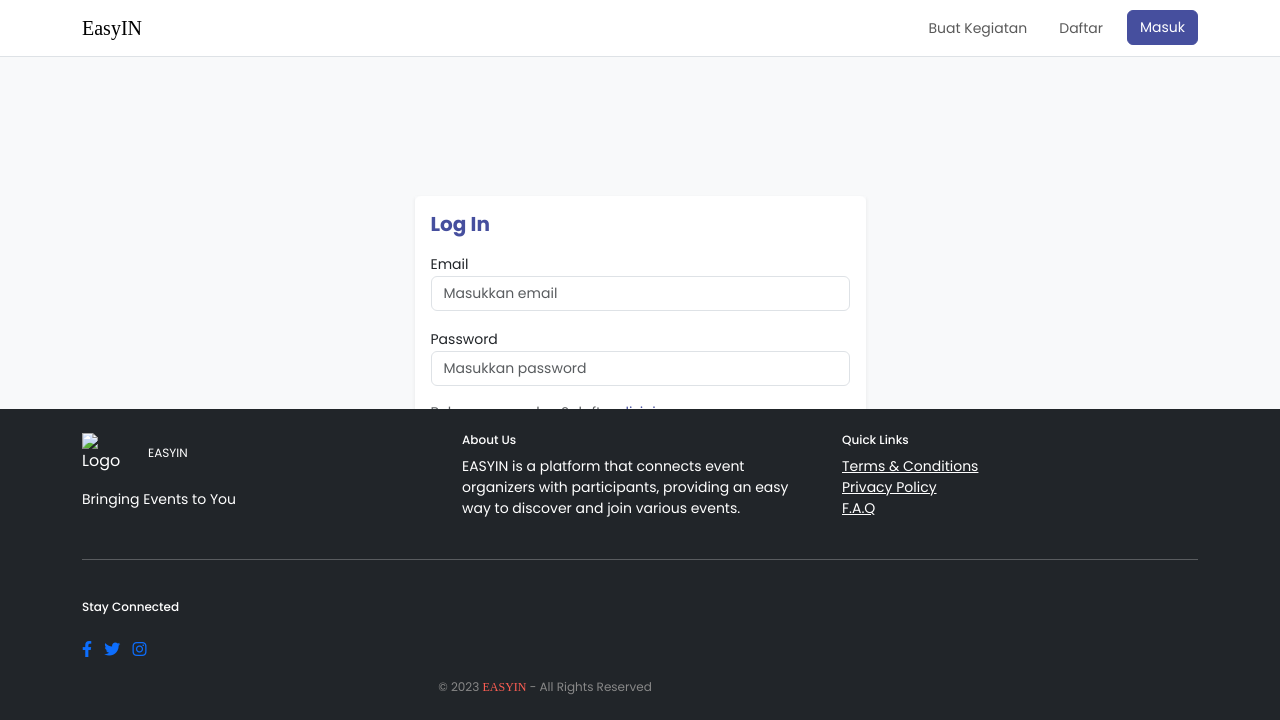
Repository: Imadaaa/Ticketing_Online
Page: http://localhost/login
An editor plug-in stored every save of this project. The page is shown before and after a run of saves, followed by the edit.
The browser window is 1280 px wide. The pictures show the whole page.
Some web fonts or font styles are not loaded; a fallback is used. The page is served by the project's Laravel application, run on PHP 8.4 with Laravel 10. Other server files are loaded and not shown.

Above is the page before, as saved 2023-08-22 02:32:19.
Console error: ReferenceError: $ is not defined

### routes/web.php
<?php

use Illuminate\Support\Facades\Route;
use App\Http\Controllers\AuthController;
use App\Http\Controllers\AcaraController;
use App\Http\Controllers\TiketController;
use App\Http\Controllers\UsersController;
use App\Http\Controllers\KampusController;
use App\Http\Controllers\LokasiController;
use App\Http\Controllers\KategoriController;
use App\Http\Controllers\DashboardController;
use App\Http\Controllers\JenisTiketController;
use App\Http\Controllers\LandingPageController;
use App\Http\Controllers\MetodePembayaranController;

/*
|--------------------------------------------------------------------------
| Web Routes
|--------------------------------------------------------------------------
|
| Here is where you can register web routes for your application. These
| routes are loaded by the RouteServiceProvider and all of them will
| be assigned to the "web" middleware group. Make something great!
|
*/

// landing page
Route::get('/', [LandingPageController::class, 'index'])->name('landing-page.index');

// acara
Route::group(['prefix' => 'acara'], function() {
    Route::get('/{slug}', [AcaraController::class, 'landingPageShow'])->name('landing-page.acara.show');
});

// kategori
Route::group(['prefix' => 'kategori'], function() {
    Route::get('/', [KategoriController::class, 'landingPageIndex'])->name('landing-page.kategori.index');
});

// auth
Route::get('/login', [AuthController::class, 'getLogin'])->name('login');
Route::post('/login', [AuthController::class, 'doLogin']);
Route::post('/logout', [AuthController::class, 'doLogout'])->name('logout');
Route::group(['prefix' => 'register'], function() {
    Route::get('/', [AuthController::class, 'getRegister'])->name('register');
    Route::post('/', [AuthController::class, 'doRegister']);
    Route::get('/verifikasi/{token}', [AuthController::class, 'doVerifikasi']);
});

// dashboard
Route::group(['prefix' => 'dashboard'], function() {
    // pages
    Route::get('/', [DashboardController::class, 'getIndex'])->name('dashboard.index');

    // kategori
    Route::group(['prefix' => 'kategori'], function() {
        Route::get('/datatable-json', [KategoriController::class, 'datatableJson'])->name('dashboard.kategori.datatable-json');
    });
    Route::resource('kategori', KategoriController::class, ['as' => 'dashboard'])->except('show');

    // lokasi
    Route::group(['prefix' => 'lokasi'], function() {
        Route::get('/datatable-json', [LokasiController::class, 'datatableJson'])->name('dashboard.lokasi.datatable-json');
    });
    Route::resource('lokasi', LokasiController::class, ['as' => 'dashboard'])->except('show');

    // kampus
    Route::group(['prefix' => 'kampus'], function() {
        Route::get('/datatable-json', [KampusController::class, 'datatableJson'])->name('dashboard.kampus.datatable-json');
    });
    Route::resource('kampus', KampusController::class, ['as' => 'dashboard'])->except('show')->parameters(['kampus' => 'kampus']);

    // metode pembayaran
    Route::group(['prefix' => 'metode-pembayaran'], function() {
        Route::get('/datatable-json', [MetodePembayaranController::class, 'datatableJson'])->name('dashboard.metode-pembayaran.datatable-json');
    });
    Route::resource('metode-pembayaran', MetodePembayaranController::class, ['as' => 'dashboard'])->except('show');

    // user
    Route::group(['prefix' => 'user'], function() {
        Route::get('/datatable-json', [UsersController::class, 'datatableJson'])->name('dashboard.user.datatable-json');
    });
    Route::resource('user', UsersController::class, ['as' => 'dashboard'])->only(['index', 'destroy']);

    // acara
    Route::group(['prefix' => 'acara'], function() {
        Route::get('/datatable-json', [AcaraController::class, 'datatableJson'])->name('dashboard.acara.datatable-json');

        Route::get('/{acara}/jenis-tiket', [JenisTiketController::class, 'index'])->name('dashboard.jenis-tiket.index');
        Route::post('/{acara}/jenis-tiket', [JenisTiketController::class, 'store'])->name('dashboard.jenis-tiket.store');

        Route::get('/{acara}/tiket/datatable-json', [TiketController::class, 'datatableJson'])->name('dashboard.tiket.datatable-json');
        Route::post('/{acara}/tiket', [TiketController::class, 'store'])->name('dashboard.tiket.store');
        Route::delete('/tiket/{tiket}', [TiketController::class, 'destroy'])->name('dashboard.tiket.destroy');
    });
    Route::resource('acara', AcaraController::class, ['as' => 'dashboard'])->except('show');
});

### app/Http/Controllers/AuthController.php
<?php

namespace App\Http\Controllers;

use App\Models\User;
use App\Mail\VerifyEmail;
use Illuminate\Support\Str;
use Illuminate\Http\Request;
use App\Http\Requests\UserRequest;
use Illuminate\Support\Facades\DB;
use Illuminate\Support\Facades\Mail;

class AuthController extends Controller
{
    public function getLogin()
    {
        return view('auth.login');
    }

    public function doLogin(Request $request)
    {
        $credentials = [
            'email' => $request->email,
            'password' => $request->password,
            'is_active' => true
        ];

        if(auth()->attempt($credentials)) {
            return redirect()->route('landing-page.index');
        }

        return redirect()->back()->with('error', 'Email atau password salah');
    }

    public function getRegister()
    {
        return view('auth.register');
    }

    public function doRegister(UserRequest $request)
    {
        $verify_token = Str::random(25);

        $payload = [
            'nama' => $request->nama,
            'verify_token' => $verify_token
        ];

        DB::beginTransaction();

        try {
            Mail::to($request->email)->send(new VerifyEmail($payload));

            User::create([
                'nama' => $request->nama,
                'email' => $request->email,
                'password' => bcrypt($request->password),
                'verify_email_token' => $verify_token
            ]);

            DB::commit();

            return redirect()->back()->with('success', 'Silahkan periksa email anda');
        } catch (Exception $e) {
            DB::rollback();

            return redirect()->back()->with('error', 'Proses registrasi gagal');
        }
    }

    public function doLogout()
    {
        auth()->logout();

        return redirect()->route('landing-page.index');
    }

    public function doVerifikasi($token)
    {
        if(!$token) {
            abort(404);
        }

        $user = User::where('verify_email_token', '=', $token)->firstOrFail();

        $user->update([
            'email_verified_at' => date('Y-m-d H:i:s'),
            'verify_email_token' => null,
            'is_active' => true
        ]);

        return redirect()->route('login')->with('success', 'Email berhasil di verifikasi, silahkan masuk');
    }
}

### resources/views/auth/login.blade.php
@extends('template.landing-page.app')

@section('title', 'Login')

@push('styles')
    <style>
        .wrap-login {
            margin-top: 100px;
        }
    </style>
@endpush

@section('content')
    <div class="container py-5">
        <div class="row mt-5 justify-content-center">
            <div class="col-lg-5 wrap-login">
                @if(session('error'))
                    <div class="alert bg-danger fs-14 text-white">
                        <i class="fa-solid fa-circle-xmark"></i>
                        <span>{{ session('error') }}</span>
                    </div>
                @elseif(session('success'))
                    <div class="alert bg-success fs-14 text-white">
                        <i class="fa-solid fa-circle-check"></i>
                        <span>{{ session('success') }}</span>
                    </div>
                @endif
                <div class="card border-0">
                    <div class="card-body shadow-sm">
                        <h5 class="fw-700 text-primary">Log In</h5>
                        <form action="{{ url('/login') }}" method="POST" class="mt-3">
                            @csrf
                            <div class="mb-3">
                                <label for="email" class="fs-14">Email</label>
                                <input type="email" class="form-control fs-14" name="email" id="email" placeholder="Masukkan email" required>
                            </div>
                            <div class="mb-3">
                                <label for="password" class="fs-14">Password</label>
                                <input type="password" class="form-control fs-14" name="password" id="password" placeholder="Masukkan password" required>
                            </div>
                            <div class="mb-3">
                                <p class="fs-14 mb-1 text-muted">Belum punya akun? daftar <a class="text-primary text-decoration-none" href="{{ route('register') }}">disini</a></p>
                                <p class="fs-14 mb-1 text-muted"><a class="text-primary text-decoration-none" href="{{ route('register') }}">Lupa Password</a></p>
                                <button type="submit" class="btn btn-primary fw-700 fs-14">Log In</button>
                            </div>
                        </form>
                    </div>
                </div>
            </div>
        </div>
    </div>
@endsection

### resources/views/template/landing-page/app.blade.php
<!doctype html>
<html lang="en">

<head>
    <meta charset="utf-8">
    <meta name="viewport" content="width=device-width, initial-scale=1">
    <title>EasyIN - @yield('title')</title>

    @include('template.landing-page.partials._style')
</head>

<body class="bg-light">
    {{-- navbar --}}
    @include('template.landing-page.partials._navbar')

    @yield('content')

    {{-- footer --}}
    @include('template.landing-page.partials._footer')

    @include('template.landing-page.partials._script')
</body>

</html>

### resources/views/template/landing-page/partials/_style.blade.php
<link href="https://cdn.jsdelivr.net/npm/bootstrap@5.3.1/dist/css/bootstrap.min.css" rel="stylesheet"
    integrity="sha384-4bw+/aepP/YC94hEpVNVgiZdgIC5+VKNBQNGCHeKRQN+PtmoHDEXuppvnDJzQIu9" crossorigin="anonymous">
<link rel="stylesheet" href="{{ asset('css/custom.css') }}">
<link rel="preconnect" href="https://fonts.googleapis.com">
<link rel="preconnect" href="https://fonts.gstatic.com" crossorigin>
<link href="https://fonts.googleapis.com/css2?family=Audiowide&family=Poppins:wght@400;500;600;700&display=swap"
    rel="stylesheet">
<link rel="stylesheet" href="https://cdnjs.cloudflare.com/ajax/libs/font-awesome/6.4.0/css/all.min.css"
    integrity="sha512-iecdLmaskl7CVkqkXNQ/ZH/XLlvWZOJyj7Yy7tcenmpD1ypASozpmT/E0iPtmFIB46ZmdtAc9eNBvH0H/ZpiBw=="
    crossorigin="anonymous" referrerpolicy="no-referrer" />
<link rel="stylesheet" href="{{ asset('path/to/slick.css') }}">
<link rel="stylesheet" href="{{ asset('path/to/slick-theme.css') }}">
<script src="{{ asset('path/to/slick.min.js') }}"></script>
@stack('styles')

### resources/views/template/landing-page/partials/_navbar.blade.php
<nav class="navbar navbar-expand-lg {{ request()->is('login') || request()->is('register') || !request()->is('/') ? 'bg-white border-bottom' : '' }}">
    <div class="container">
        <a class="navbar-brand {{ request()->is('login') || request()->is('register') || !request()->is('/') ? '' : 'text-white' }} text-title" href="{{ route('landing-page.index') }}">EasyIN</a>
        <button class="navbar-toggler" type="button" data-bs-toggle="collapse" data-bs-target="#navbarNav"
            aria-controls="navbarNav" aria-expanded="false" aria-label="Toggle navigation">
            <span class="navbar-toggler-icon"></span>
        </button>
        <div class="collapse navbar-collapse" id="navbarNav">
            <ul class="navbar-nav ms-auto">
                <li class="nav-item ms-3">
                    <a class="nav-link {{ request()->is('login') || request()->is('register') || !request()->is('/') ? '' : 'text-white' }} fs-14" aria-current="page" href="#">Buat Kegiatan</a>
                </li>
                @if(auth()->user())
                    <li class="nav-item ms-3">
                        <a class="nav-link {{ request()->is('login') || request()->is('register') || !request()->is('/') ? '' : 'text-white' }} fs-14" href="{{ route('dashboard.index') }}">Dashboard</a>
                    </li>
                    <li class="nav-item ms-3">
                        <a class="nav-link {{ request()->is('login') || request()->is('register') || !request()->is('/') ? '' : 'text-white' }} fs-14" href="#" onclick="document.getElementById('form-logout').submit();">Logout <i class="fa-solid fa-power-off"></i></a>
                        <form action="{{ route('logout') }}" method="POST" id="form-logout">
                            @csrf
                        </form>
                    </li>
                @else
                    <li class="nav-item ms-3">
                        <a class="nav-link {{ request()->is('login') || request()->is('register') || !request()->is('/') ? '' : 'text-white' }} fs-14" href="{{ route('register') }}">Daftar</a>
                    </li>
                    <li class="nav-item ms-3">
                        <a class="btn btn-primary {{ request()->is('login') || request()->is('register') || !request()->is('/') ? '' : 'text-white' }} fs-14" href="{{ route('login') }}">Masuk</a>
                    </li>
                @endif
            </ul>
        </div>
    </div>
</nav>

### resources/views/template/landing-page/partials/_footer.blade.php
<footer class="bg-dark text-white py-4 {{ request()->is('login') || request()->is('register') ? 'footer-fixed' : '' }}">
    <div class="container">
        <div class="row">
            <div class="col-md-4">
                <div class="d-flex align-items-center">
                    <img src="{{ asset('storage/img/logo/Steam_icon.png') }}" alt="Logo" class="logo me-3" style="max-width: 50px;">
                    <p class="fs-12 mb-0 unique-font">EASYIN</p>
                </div>
                <p class="mt-3 fs-14">Bringing Events to You</p>
            </div>
            <div class="col-md-4">
                <h5 class="fs-12">About Us</h5>
                <p class="fs-14">EASYIN is a platform that connects event organizers with participants, providing an easy way to discover and join various events.</p>
            </div>
            <div class="col-md-4">
                <h5 class="fs-12">Quick Links</h5>
                <ul class="list-unstyled fs-14">
                    <li><a href="#" class="text-white">Terms & Conditions</a></li>
                    <li><a href="#" class="text-white">Privacy Policy</a></li>
                    <li><a href="#" class="text-white">F.A.Q</a></li>
                </ul>
            </div>
        </div>
        <hr class="my-4">
        <div class="row">
            <div class="col-md-10 mt-3">
                <h5 class="fs-12 mb-4">Stay Connected</h5>
                <ul class="list-inline social-icons">
                    <li class="list-inline-item"><a href="#" class="social-link"><i class="fab fa-facebook-f"></i></a></li>
                    <li class="list-inline-item"><a href="#" class="social-link"><i class="fab fa-twitter"></i></a></li>
                    <li class="list-inline-item"><a href="#" class="social-link"><i class="fab fa-instagram"></i></a></li>
                </ul>
            </div>
        </div>
        <div class="row">
            <div class="col-md-10 text-center">
                <p class="fs-12 mb-0" style="color: #888;">&copy; {{ date('Y') }} <span class="text-title" style="color: #fd5e53;">EASYIN</span> - All Rights Reserved</p>
            </div>
        </div>
    </div>
</footer>

### resources/views/template/landing-page/partials/_script.blade.php
<script src="https://cdn.jsdelivr.net/npm/bootstrap@5.3.1/dist/js/bootstrap.bundle.min.js"
    integrity="sha384-HwwvtgBNo3bZJJLYd8oVXjrBZt8cqVSpeBNS5n7C8IVInixGAoxmnlMuBnhbgrkm" crossorigin="anonymous">
</script>
<script>
    $(document).ready(function() {
        $('.slider').slick({
            autoplay: true,
            dots: true,
            // Konfigurasi slider lainnya sesuai kebutuhan
        });
    });
</script>
@stack('scripts')

### public/css/custom.css
* {
    font-family: "Poppins", sans-serif;
}

.navbar {
    position: absolute !important;
    width: 100%;
    z-index: 1;
}

#hero {
    background-image: url("../img/hero.jpg");
    height: 500px;
    background-position: center;
    background-repeat: no-repeat;
    position: relative;
}

#hero::after {
    content: "";
    height: 100%;
    width: 100%;
    background-color: rgba(0, 0, 0, .5);
    display: block;
}

#hero .text-hero {
    position: absolute;
    width: auto;
    height: auto;
    top: 40%;
    text-align: center;
}

.search-bar {
    margin-top: -80px;
    z-index: 1;
    position: relative;
}

.search-bar .wrap-search-form {
    padding: 60px 50px;
}

#kegiatan-kampus .card {
    background-position: center;
    background-size: cover;
    background-repeat: no-repeat;
    position: relative;
}

#kegiatan-kampus .card::before {
    content: "";
    height: 100%;
    width: 100%;
    background-color: rgba(0, 0, 0, .5);
    display: block;
    position: absolute;
    border-radius: 0.375rem;
}

#kegiatan-kampus .card .card-body h5 {
    margin-top: 200px;
}

#kegiatan-kampus .card .card-body h5, #kegiatan-kampus .card .card-body p, #kegiatan-kampus .card .card-body a {
    z-index: 1;
    position: relative;
}

footer, .bg-dark {
    background-color: #212529 !important;
}

.text-title {
    font-family: 'Audiowide', cursive;
}

.fs-14 {
    font-size: 14px;
}

.fs-12 {
    font-size: 12px;
}

.fs-60 {
    font-size: 60px;
}

.fw-700 {
    font-weight: 700;
}

.btn-primary {
    background-color: #464F9E !important;
    border-color: #464F9E !important;
}

.btn-outline-primary {
    background-color: white !important;
    border-color: #464F9E !important;
    color: #464F9E !important;
}

.btn-outline-primary:hover {
    background-color: #464F9E !important;
    color: white !important;
}

.text-primary {
    color: #464F9E !important;
}

.footer-fixed {
    position: absolute;
    width: 100%;
    bottom: 0;
}

Loaded but not shown: app/Http/Controllers/Controller.php (common file)

After the next 9 saves:
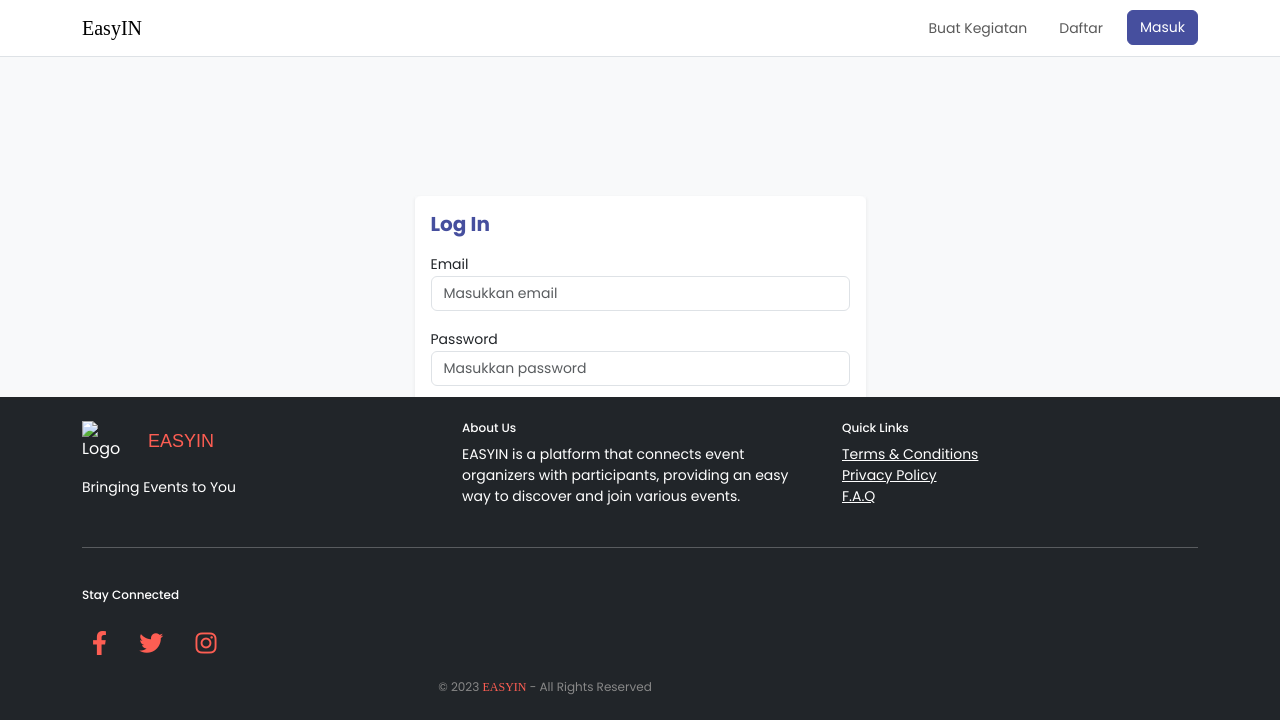
The 9 saves are shown as one change because they came seconds apart.
The last was saved 23 s later.
--- a/resources/views/template/landing-page/partials/_footer.blade.php
+++ b/resources/views/template/landing-page/partials/_footer.blade.php
@@ -1,16 +1,44 @@
 <footer class="bg-dark text-white py-4 {{ request()->is('login') || request()->is('register') ? 'footer-fixed' : '' }}">
+
+    <style>
+        .footer-fixed {
+            position: absolute;
+            bottom: 0;
+            width: 100%;
+        }
+
+        .unique-font {
+            font-family: 'Audiowide', sans-serif;
+            font-size: 18px;
+            color: #fd5e53;
+        }
+
+        .social-link {
+            font-size: 24px;
+            color: #fd5e53;
+            margin: 0 10px;
+            transition: transform 0.3s ease-in-out;
+        }
+
+        .social-link:hover {
+            transform: scale(1.2);
+        }
+    </style>
+
     <div class="container">
         <div class="row">
             <div class="col-md-4">
                 <div class="d-flex align-items-center">
-                    <img src="{{ asset('storage/img/logo/Steam_icon.png') }}" alt="Logo" class="logo me-3" style="max-width: 50px;">
+                    <img src="{{ asset('storage/img/logo/Steam_icon.png') }}" alt="Logo" class="logo me-3"
+                        style="max-width: 50px;">
                     <p class="fs-12 mb-0 unique-font">EASYIN</p>
                 </div>
                 <p class="mt-3 fs-14">Bringing Events to You</p>
             </div>
             <div class="col-md-4">
                 <h5 class="fs-12">About Us</h5>
-                <p class="fs-14">EASYIN is a platform that connects event organizers with participants, providing an easy way to discover and join various events.</p>
+                <p class="fs-14">EASYIN is a platform that connects event organizers with participants, providing an
+                    easy way to discover and join various events.</p>
             </div>
             <div class="col-md-4">
                 <h5 class="fs-12">Quick Links</h5>
@@ -26,15 +54,19 @@
             <div class="col-md-10 mt-3">
                 <h5 class="fs-12 mb-4">Stay Connected</h5>
                 <ul class="list-inline social-icons">
-                    <li class="list-inline-item"><a href="#" class="social-link"><i class="fab fa-facebook-f"></i></a></li>
-                    <li class="list-inline-item"><a href="#" class="social-link"><i class="fab fa-twitter"></i></a></li>
-                    <li class="list-inline-item"><a href="#" class="social-link"><i class="fab fa-instagram"></i></a></li>
+                    <li class="list-inline-item"><a href="#" class="social-link"><i
+                                class="fab fa-facebook-f"></i></a></li>
+                    <li class="list-inline-item"><a href="#" class="social-link"><i
+                                class="fab fa-twitter"></i></a></li>
+                    <li class="list-inline-item"><a href="#" class="social-link"><i
+                                class="fab fa-instagram"></i></a></li>
                 </ul>
             </div>
         </div>
         <div class="row">
             <div class="col-md-10 text-center">
-                <p class="fs-12 mb-0" style="color: #888;">&copy; {{ date('Y') }} <span class="text-title" style="color: #fd5e53;">EASYIN</span> - All Rights Reserved</p>
+                <p class="fs-12 mb-0" style="color: #888;">&copy; {{ date('Y') }} <span class="text-title"
+                        style="color: #fd5e53;">EASYIN</span> - All Rights Reserved</p>
             </div>
         </div>
     </div>
